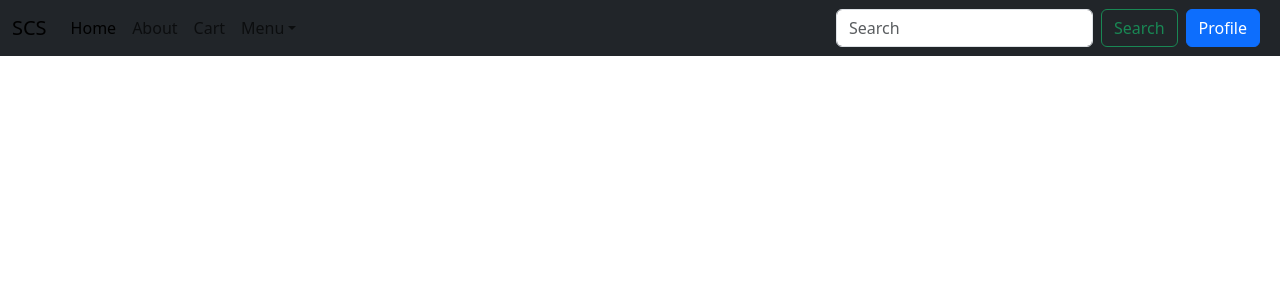
Repository: gitYash03/smart-canteen-system
Page: /
The author's editor kept a copy of each file at every save. The page is drawn from the files as they stood at one save, then again after the next save.
The browser window is 1280 px wide. The pictures show the whole page.
The project was rebuilt for these pictures with package versions that can differ from the ones it lists, and the page was loaded fresh each time. Also part of the build but not shown: src/App.css.

Above is the page before, as saved 2023-08-09 12:50:58.

After the next save:
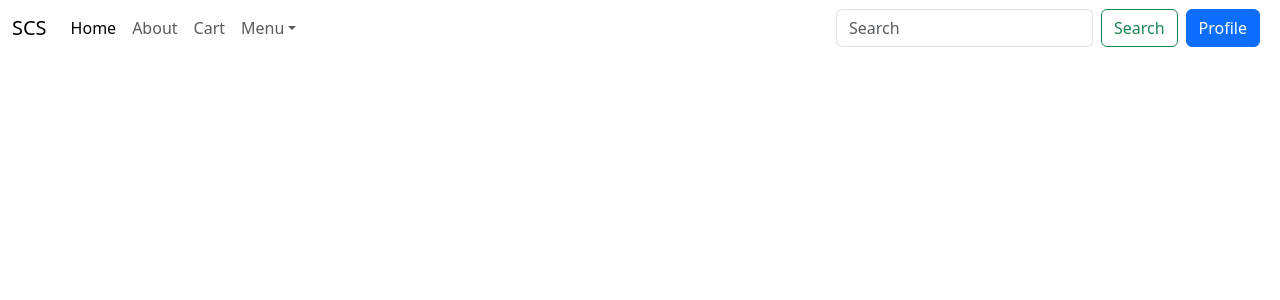
Saved 10 s later.
--- a/src/Components/Navbar.js
+++ b/src/Components/Navbar.js
@@ -3,7 +3,7 @@
 export default function Navbar() {
   return (
     <>
-    <nav className="navbar navbar-expand-lg bg-dark text-light">
+    <nav className="navbar navbar-expand-lg text-light">
         <div className="container-fluid">
             <a className="navbar-brand" href="/">SCS</a>
             <button className="navbar-toggler" type="button" data-bs-toggle="collapse" data-bs-target="/navbarSupportedContent" aria-controls="navbarSupportedContent" aria-expanded="false" aria-label="Toggle navigation">

After the save that followed:
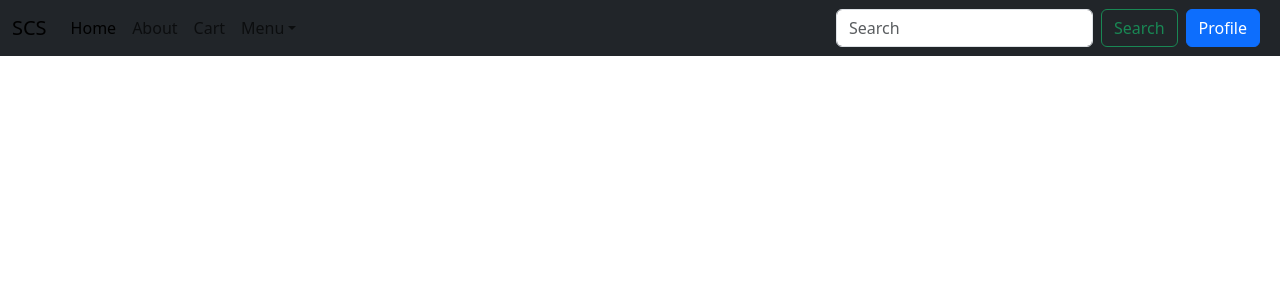
Saved 15 s later.
--- a/src/Components/Navbar.js
+++ b/src/Components/Navbar.js
@@ -3,7 +3,7 @@
 export default function Navbar() {
   return (
     <>
-    <nav className="navbar navbar-expand-lg text-light">
+    <nav className="navbar navbar-expand-lg bg-dark .text-light">
         <div className="container-fluid">
             <a className="navbar-brand" href="/">SCS</a>
             <button className="navbar-toggler" type="button" data-bs-toggle="collapse" data-bs-target="/navbarSupportedContent" aria-controls="navbarSupportedContent" aria-expanded="false" aria-label="Toggle navigation">
